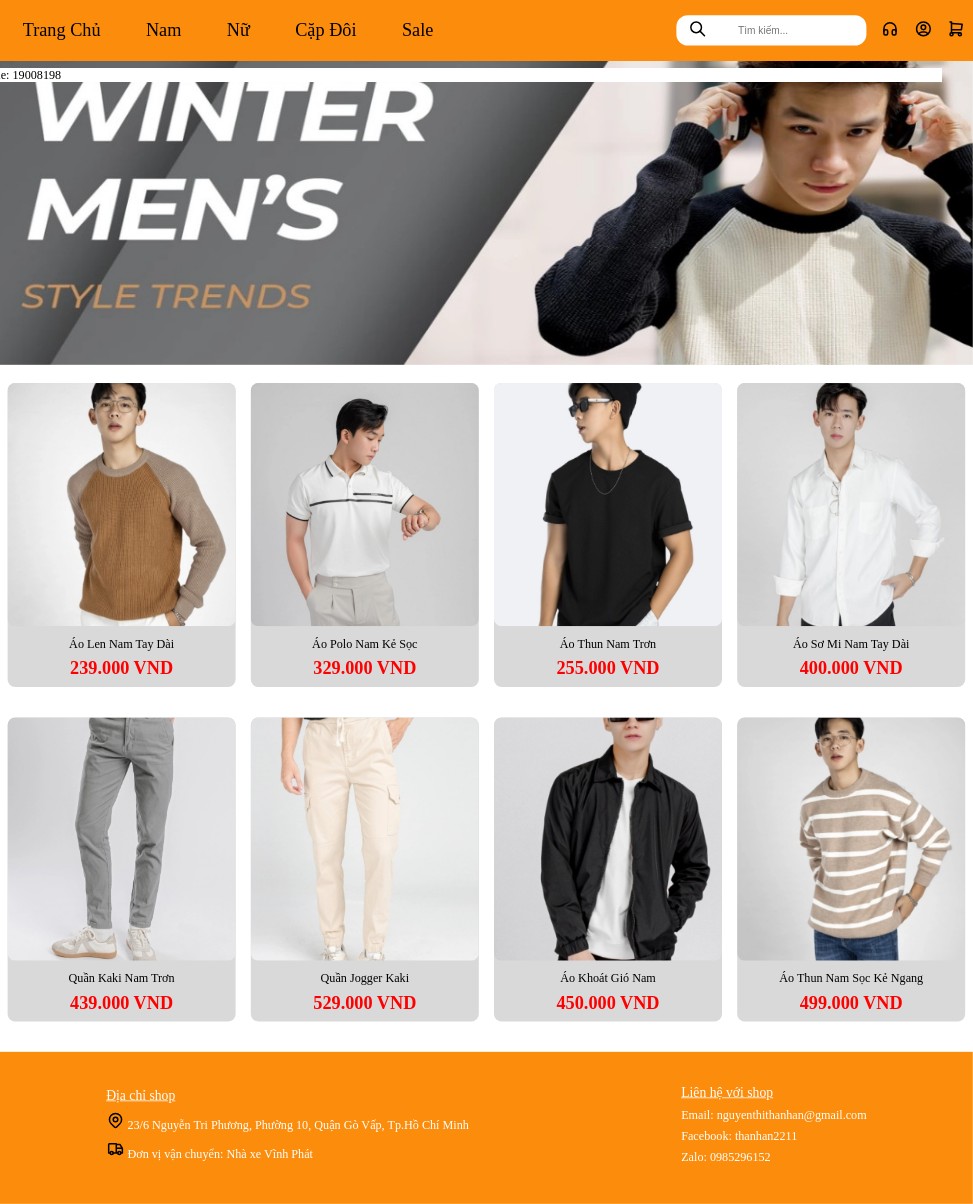
Repository: manhhieu120499/Project_ShopQuanAo
Page: html/nam.html
These files come from the project's save history. The page is drawn as it stood at one moment and after the next save; the edit follows.
The browser window is 1280 px wide. The pictures show the whole page, at 76% of full size.

Above is the page before, as saved 2023-03-05 23:44:12.

After the next save:
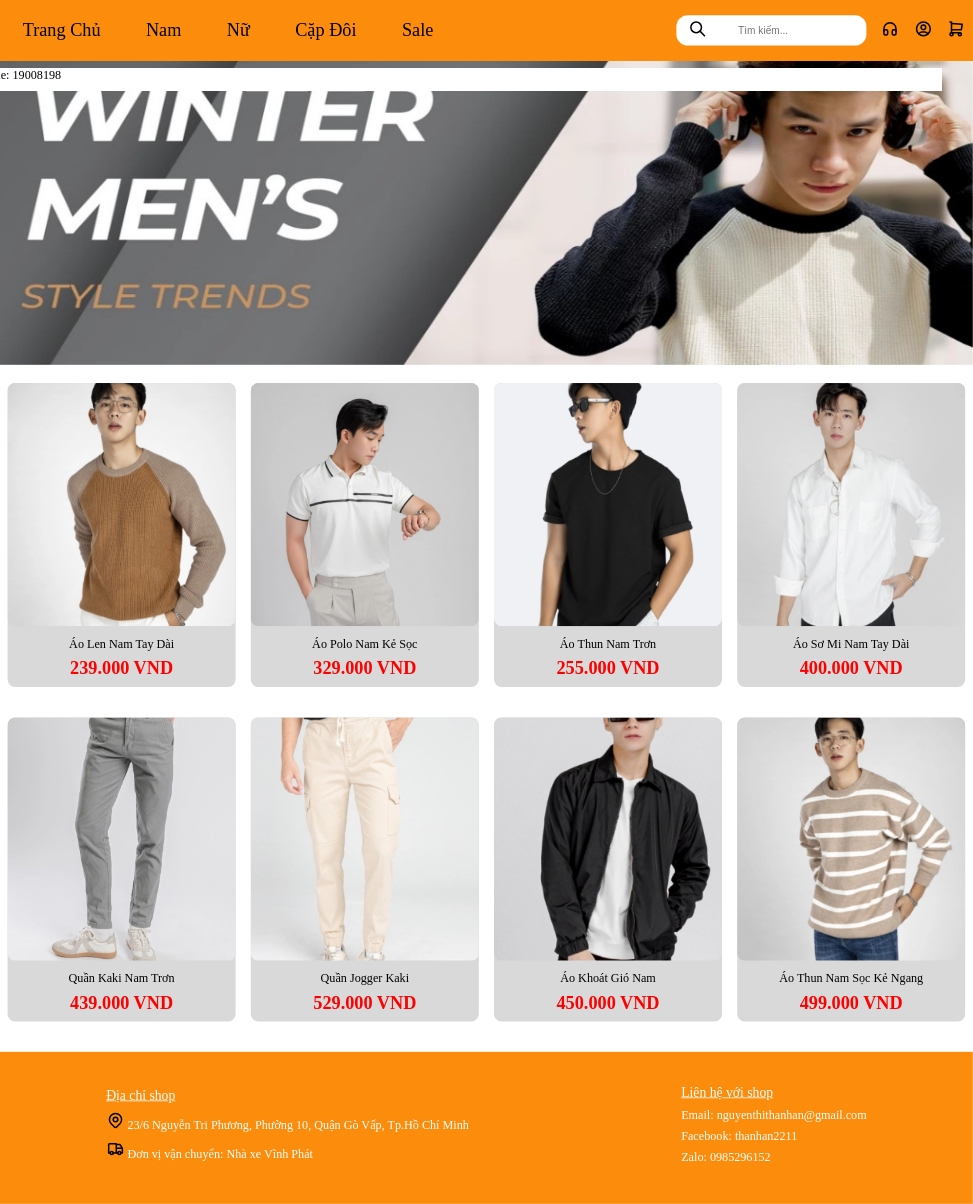
Saved 4 s later.
--- a/css/style_nam.css
+++ b/css/style_nam.css
@@ -164,6 +164,6 @@
     right: 40px;
     background-color: white;
     width: 100%;
-    h
+    height: 30px;
 
 }
